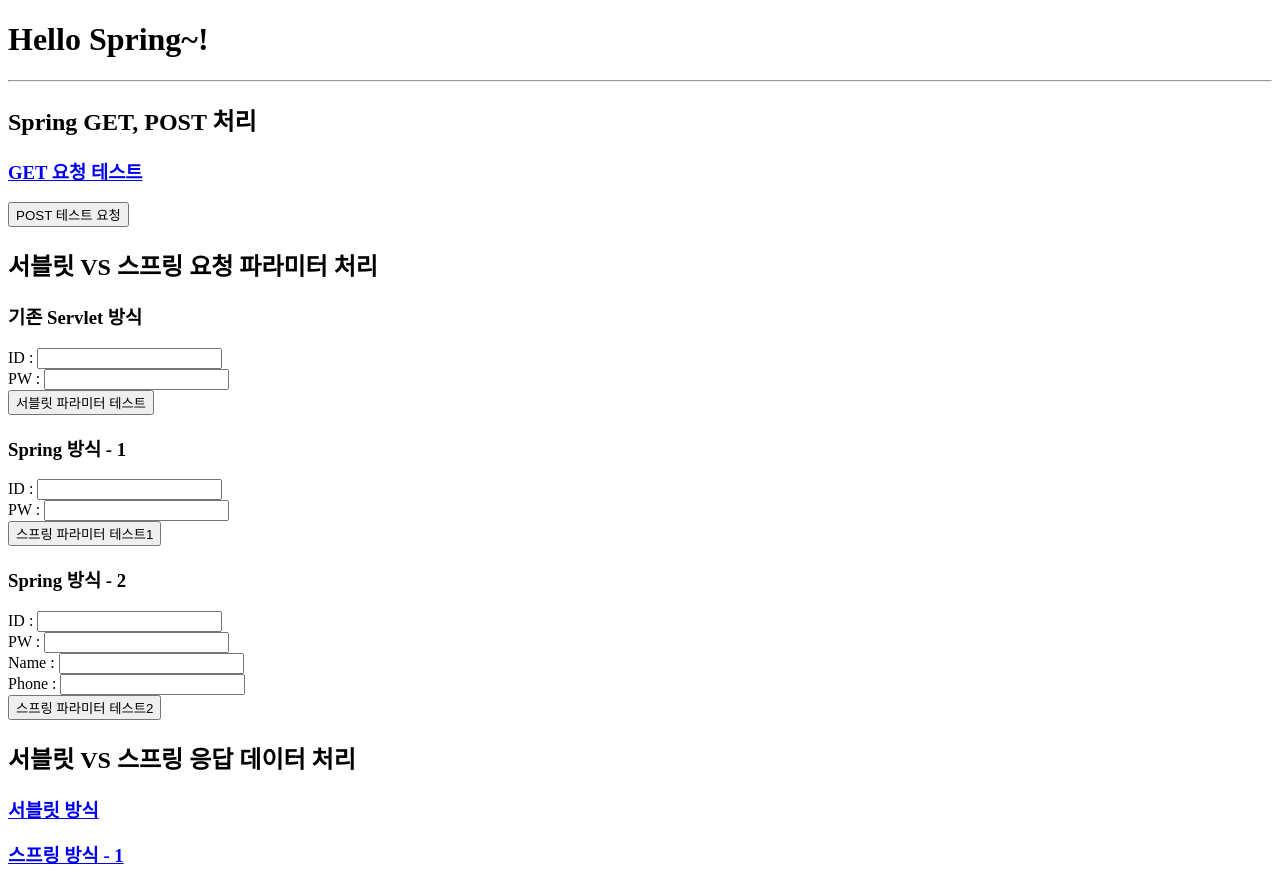
Repository: wona-owo/Spring
Page: http://localhost/00_spring/
These files come from the project's save history. The page is drawn as it stood at one moment and after the next save; the edit follows.
The browser window is 1280 px wide. The pictures show the whole page.
The page is served by Tomcat 9. Other server files are loaded and not shown.

Above is the page before, as saved 2024-12-02 05:48:35.

### 00_spring/src/main/webapp/index.jsp
<%@ page language="java" contentType="text/html; charset=UTF-8"
    pageEncoding="UTF-8"%>
<!DOCTYPE html>
<html>
<head>
<meta charset="UTF-8">
<title>Insert title here</title>
</head>
<body>
	<h1>Hello Spring~!</h1>

	<%--

	Framework : 개발에 필요한 기본적인 기능들을 일정한 구조와 규칙대로 미리 구현해둔 틀
	            개발자가 효율적으로 애플리케이션을 만들 수 있도록 재사용 가능한 코드들과 도구들의 집합.

    Spring Framework : Java 기반의 엔터프라이즈급(기업용 or 대규모) 애플리케이션을 개발하기 위한 경량 프레임워크

    Maven : 자바용 프로젝트 빌드 관리 도구.
            기존 라이브러리 파일들을 다운로드 받아서 /WRB-INF/lib 추가하는 방식에서,
            pom.xml (Project Object Model) 파일에 자바 버전이나 라이브러리 버전 정보를 추가해서 통합하여 관리하는 방식.

    Ioc와 DI

    - Ioc (Inversion of Control) : 제어의 역전 or 제어의 역행이라는 의미.
    							   Spring framework에서 객체들을 Bean이라고 얘기한다.
    							   프로그램 구동에 필요한 객체들을 IoC 컨테이너가 관리한다.
    - DI : 의존성 주입이라는 의미를 가짐. IoC 컨테이너가 관리하는 Bean을 자동으로 읽어와 객체에 주입

	Spring MVC
	  - DispatcherServlet : 유일한 서블랫 클래스로써, 클라이언트 요청이 들어오면 컨트롤러에 해당 요청을 위임하는 역할
	  - HandlerMapping : 각 컨트롤러 메소드별 URL 정보를 가지고 있다가, DispatcherServlet이 적절한 컨트롤러에 요청할 수 있도록 지원함.
	  - Controller : 클라이언트 요청에 대해 처리하고, 적절한 View나 Model을 반환하는 역할.
	  - ViewResolver : 컨트롤러가 반환하는 논리적인 뷰 이름을 실제 뷰 페이지 경로로 변환하는 역할.
	 --%>

	 <hr>

	 <h2>Spring GET, POST 처리</h2>

	 <h3><a href="/getTest.kh">GET 요청 테스트</a></h3>
	 <form action="/postTest.kh" method="post">
	 	<input type="submit" value="POST 테스트 요청">
	 </form>
	 <%--*.kh로 세팅해놨기 때문에, kh를 붙인다. (컨트롤러로 요청) --%>

	 <h2>서블릿 VS 스프링 요청 파라미터 처리</h2>

	 <h3>기존 Servlet 방식</h3>
	 <form action="/servletParamTest.kh" method="get">
	 	ID : <input type="text" name="testId"> <br>
	 	PW : <input type="text" name="testPw"> <br>
	 	<input type="submit" value="서블릿 파라미터 테스트">
	 </form>

	 <h3>Spring 방식 - 1</h3>
	 <form action="/springParamTest.kh" method="post">
	 	ID : <input type="text" name="testId"> <br>
	 	PW : <input type="text" name="testPw"> <br>
	 	<input type="submit" value="스프링 파라미터 테스트1">
	 </form>

	 <h3>Spring 방식 - 2</h3>
	 <form action="/springParamTest2.kh" method="post">
		ID : <input type="text" name="memberId"> <br>
	 	PW : <input type="text" name="memberPw"> <br>
	 	Name : <input type="text" name="memberName"> <br>
	 	Phone : <input type="text" name="memberPhone"> <br>
	 	<input type="submit" value="스프링 파라미터 테스트2">
	 </form>

	 <h2> 서블릿 VS 스프링 응답 데이터 처리</h2>

	 <h3><a href="/servletResponseTest.kh">서블릿 방식</a></h3>
	 <h3><a href="/springResponseTest.kh">스프링 방식 - 1</a></h3>


</body>
</html>

After the next save:
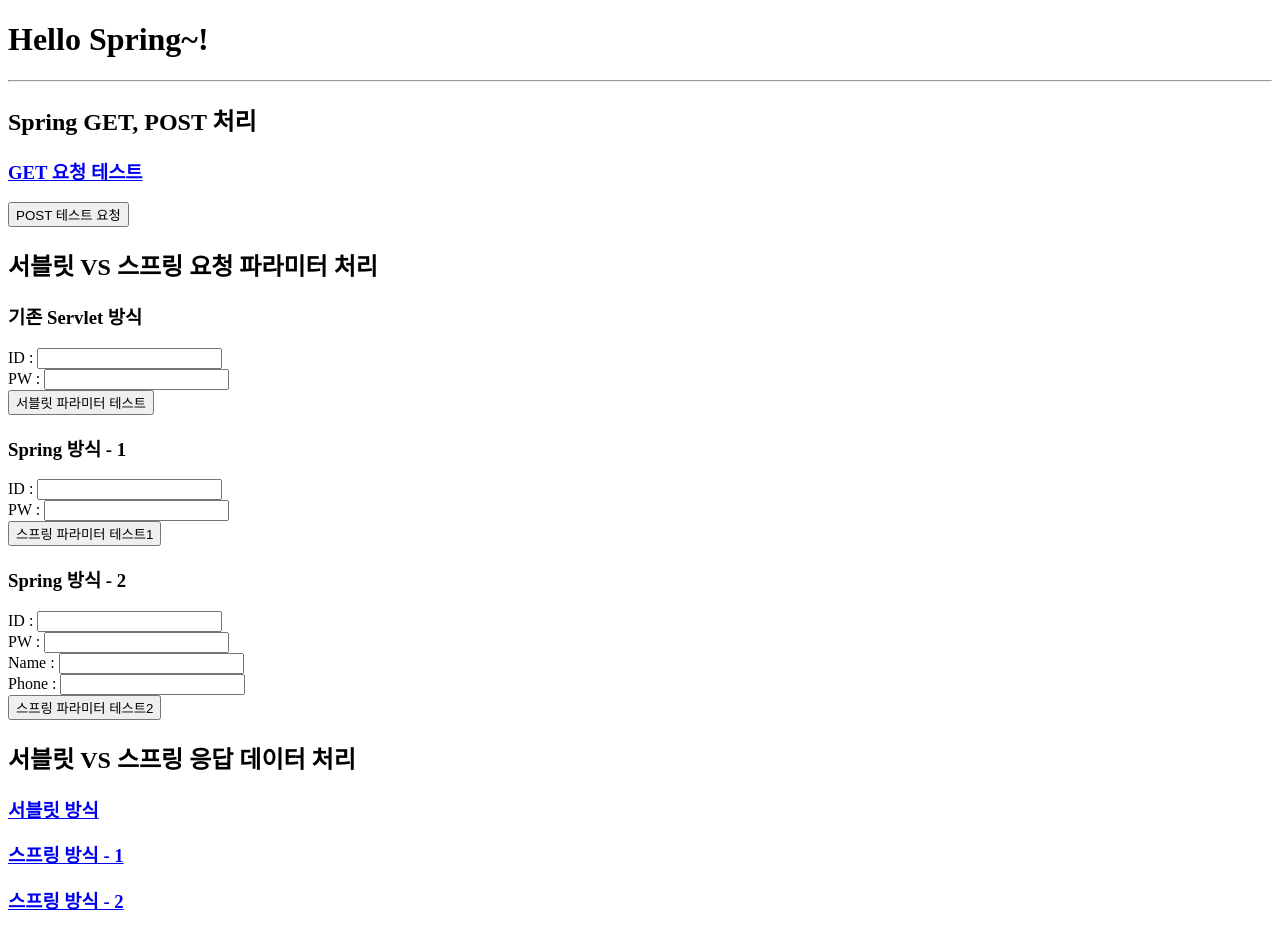
Saved 13 s later.
--- a/00_spring/src/main/webapp/index.jsp
+++ b/00_spring/src/main/webapp/index.jsp
@@ -72,8 +72,8 @@
 	 <h2> 서블릿 VS 스프링 응답 데이터 처리</h2>
 
 	 <h3><a href="/servletResponseTest.kh">서블릿 방식</a></h3>
-	 <h3><a href="/springResponseTest.kh">스프링 방식 - 1</a></h3>
-
+	 <h3><a href="/springResponseTest1.kh">스프링 방식 - 1</a></h3>
+	  <h3><a href="/springResponseTest2.kh">스프링 방식 - 2</a></h3>
 
 </body>
 </html>
